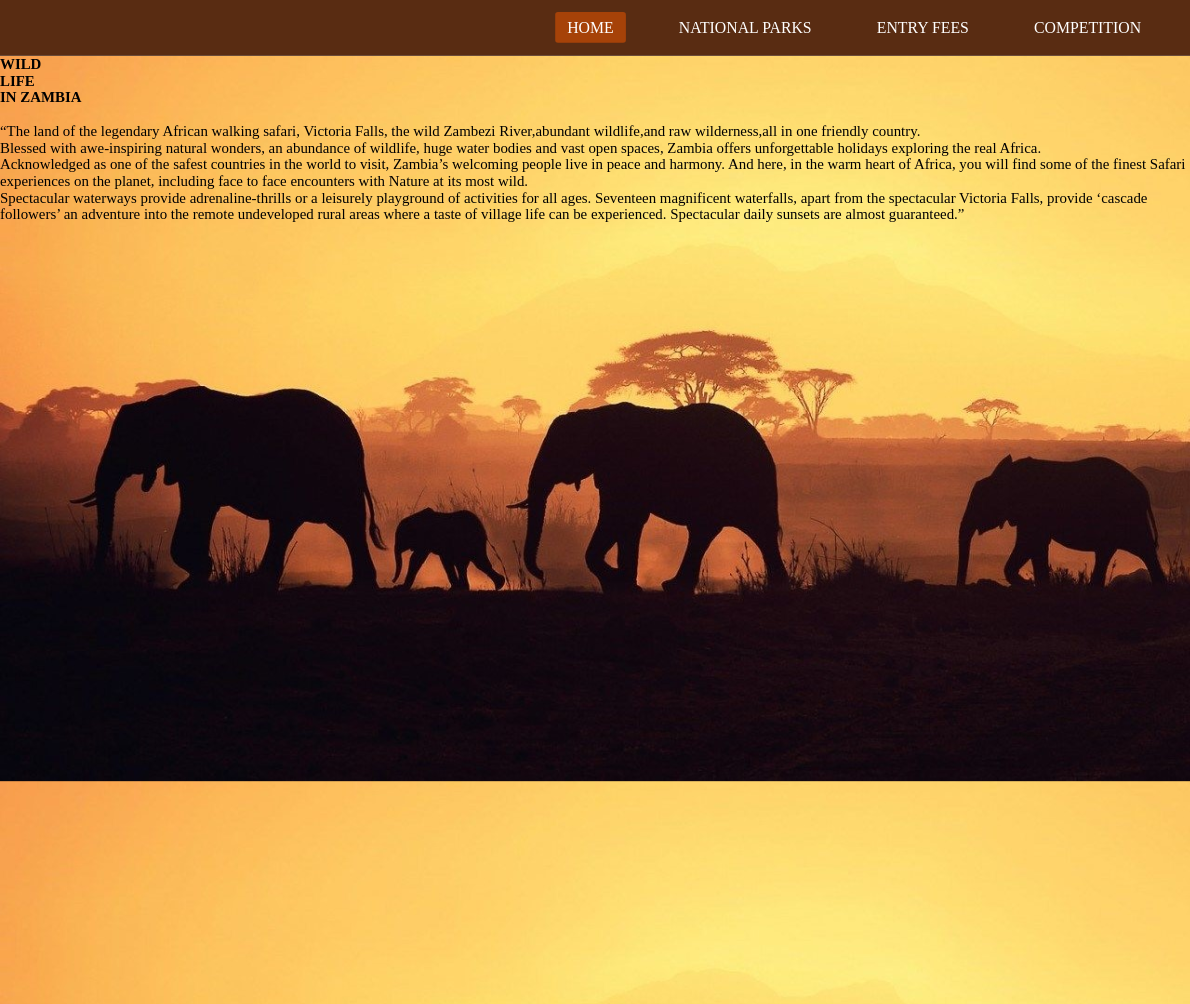
Repository: Lungdjos/web_assignment_3rd_yr
Page: home/index.html
An editor plug-in stored every save of this project. The page is shown before and after the next save, followed by the edit.
The browser window is 1280 px wide. The pictures show the whole page, at 93% of full size.
Some web libraries are served in a nearby version.

Above is the page before, as saved 2021-06-18 15:11:37.

### home/index.html
<!DOCTYPE html>
<html lang="en">

<head>
    <meta charset="UTF-8">
    <meta http-equiv="X-UA-Compatible" content="IE=edge">
    <meta name="viewport" content="width=device-width, initial-scale=1.0">
    <link rel="stylesheet" href="index.css">


    <title>Home</title>
    <script src="https://kit.fontawesome.com/a076d05399.js"></script>
</head>

<body>
    <nav>
        <input type="checkbox" id="check">
        <label for="check" class="checkbtn">
            <i class="fas fa-bars"></i>
        </label>
        <label class="logo">  </label>

        <ul>
            <li><a class="active" href="#">Home</a></li>
            <li><a class="dropdown" href="#">National Parks</a>
                <ul class="drop">
                    <li>
                        <a href="/national parks/lower_zambezi/Lower_Zambezi.html">Lower Zambezi</a>
                    </li>
                    <li>
                        <a href="/national parks/mosi-oa-tunia/Mosi-oa-Tunya.html">Mosi oa Tunia</a>
                    </li>
                    <li>
                        <a href="/national parks/south_luangwa/South_Luangwa.html">South Luangwa</a>
                    </li>
                    <li>
                        <a href="/national parks/north_luangwa/North_Luangwa.html">North Luangwa</a>
                    </li>
                </ul>
            </li>
            <li><a href="/entry fee/entry_fee.html">Entry Fees</a></li>
            <li><a href="/competition/competition.html">Competition</a></li>

        </ul>
    </nav>
    <div>
        <section>
            <div>
                <p class="welcome">
                    <strong id="01">WILD</strong><br>
                    <strong id="02">LIFE</strong><br>
                    <strong id="03">IN ZAMBIA</strong>
                </p>
            </div>
            <br>
            <div>
                <p>
                    <q>The land of the legendary African walking safari, Victoria Falls, the wild Zambezi River,abundant wildlife,and raw wilderness,all in one friendly country. <br>Blessed with awe-inspiring natural wonders, an abundance of wildlife,
                    huge water bodies and vast open spaces, Zambia offers unforgettable holidays exploring the real Africa. <br>Acknowledged as one of the safest countries in the world to visit, Zambia’s welcoming people live in peace and harmony. And here,
                    in the warm heart of Africa, you will find some of the finest Safari experiences on the planet, including face to face encounters with Nature at its most wild. <br>Spectacular waterways provide adrenaline-thrills or a leisurely playground
                    of activities for all ages. Seventeen magnificent waterfalls, apart from the spectacular Victoria Falls, provide ‘cascade followers’ an adventure into the remote undeveloped rural areas where a taste of village life can be experienced.
                    Spectacular daily sunsets are almost guaranteed.</q></p>
            </div>

        </section>
    </div>


</body>

</html>

### home/index.css
    * {
        padding: 0;
        margin: 0;
        text-decoration: none;
        box-sizing: border-box;
    }

    body {
        font-family: montserrat;
    }

    nav {
        background: #592C12;
        height: 60px;
        width: 100%;
    }

    label.logo {
        color: white;
        font-size: 35;
        line-height: 60px;
        padding: 0 100px;
        font-weight: bold;
    }

    nav ul {
        float: right;
        margin-right: 20px;
    }

    nav ul li {
        display: inline-block;
        line-height: 60px;
        margin: 0 20px;
    }

    nav ul li a {
        color: white;
        font-size: 17px;
        padding: 7px 13px;
        border-radius: 3px;
        text-transform: uppercase;
    }

    a.active,
    a:hover {
        background: #A64208;
        transition: 0.5s;
    }

    .checkbtn {
        font-size: 30px;
        color: white;
        float: right;
        line-height: 60px;
        margin-right: 40px;
        cursor: pointer;
        display: none;
    }

    #check {
        display: none;
    }

    @media (max-width: 1080px) {
        label.logo {
            font-size: 30px;
            padding-left: 50px;
        }
        nav ul li a {
            font-size: 16px;
        }
    }

    @media (max-width: 1080px) {
        .checkbtn {
            display: block;
        }
        ul {
            position: fixed;
            width: 100%;
            height: 100vh;
            background: #592C12;
            top: 80px;
            left: -100%;
            text-align: center;
            transition: all 0.5s;
        }
        nav ul li {
            display: block;
            margin: 50px 0;
            line-height: 20px;
        }
        nav ul li a {
            font-size: 20px;
            font-family: Arial, Helvetica, sans-serif;
        }
        a:hover,
        a.active {
            background: none;
            color: #F2D1B3;
        }
        #check:checked~ul {
            left: 0;
        }
    }

    section {
        background: url(/assets/images/elephants.jpg);
        background-size: no repeat;
        height: calc(150vh - 60px);
    }
    /**New Content Added*/

    nav ul li ul a {
        display: block;
        padding: 0 15px;
        color: white;
        text-decoration: none;
    }

    nav ul li:hover>ul {
        display: block;
    }

    nav ul ul {
        position: absolute;
        top: 30px;
        list-style-type: none;
        line-height: 60px;
    }

    nav ul ul li {
        display: none;
    }

    nav ul ul a {
        width: 100%;
        float: none;
        display: list-item;
        position: relative;
    }

    nav ul ul li a {
        display: list-item;
        list-style-type: none;
        position: inherit;
    }
    /**Wild Life Formatting*/

    strong#01 {
        font-size: 100px;
        font-family: Arial, Helvetica, sans-serif;
    }

    strong#02 {
        margin-left: 100px;
    }

After the next save:
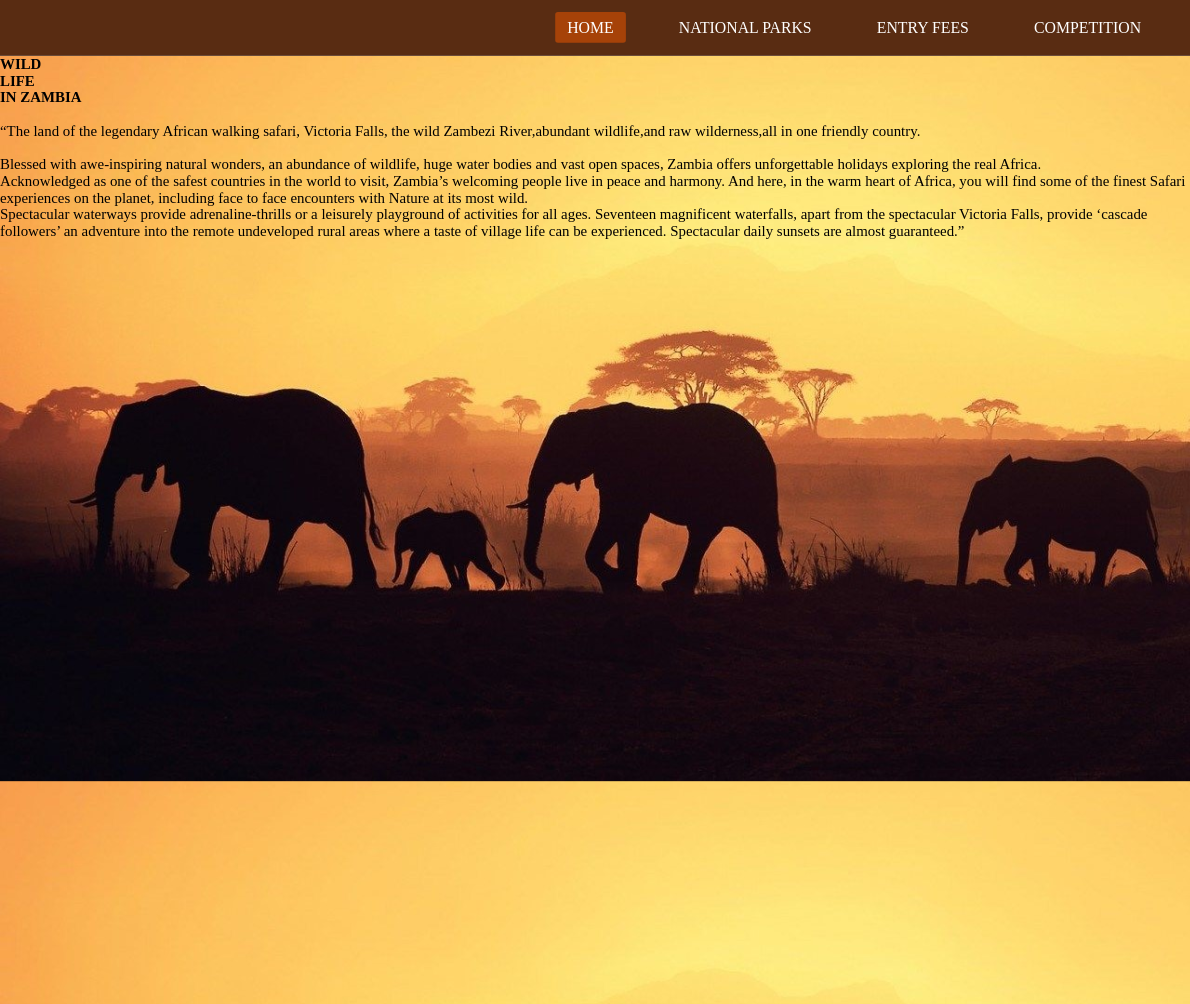
Saved 8 s later.
--- a/home/index.html
+++ b/home/index.html
@@ -55,7 +55,7 @@
             <br>
             <div>
                 <p>
-                    <q>The land of the legendary African walking safari, Victoria Falls, the wild Zambezi River,abundant wildlife,and raw wilderness,all in one friendly country. <br>Blessed with awe-inspiring natural wonders, an abundance of wildlife,
+                    <q>The land of the legendary African walking safari, Victoria Falls, the wild Zambezi River,abundant wildlife,and raw wilderness,all in one friendly country. <br><br>Blessed with awe-inspiring natural wonders, an abundance of wildlife,
                     huge water bodies and vast open spaces, Zambia offers unforgettable holidays exploring the real Africa. <br>Acknowledged as one of the safest countries in the world to visit, Zambia’s welcoming people live in peace and harmony. And here,
                     in the warm heart of Africa, you will find some of the finest Safari experiences on the planet, including face to face encounters with Nature at its most wild. <br>Spectacular waterways provide adrenaline-thrills or a leisurely playground
                     of activities for all ages. Seventeen magnificent waterfalls, apart from the spectacular Victoria Falls, provide ‘cascade followers’ an adventure into the remote undeveloped rural areas where a taste of village life can be experienced.
